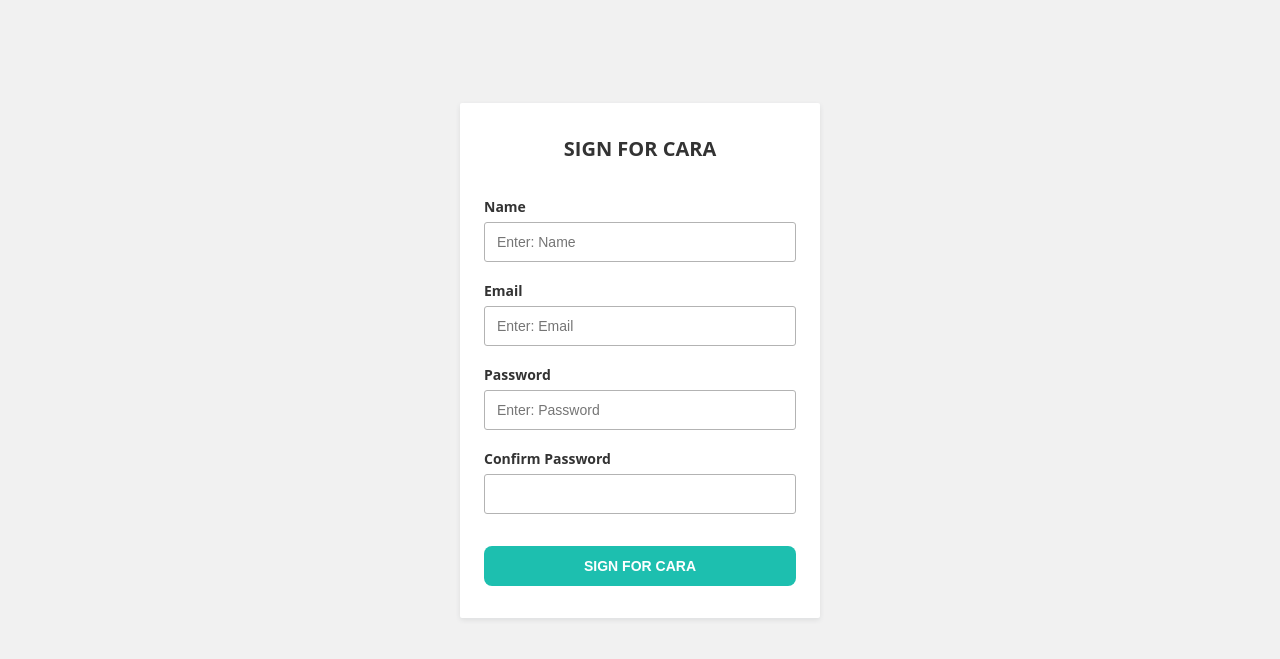
Repository: MinhNhatIT2901/Ecommerce
Page: sigin.html
The author's editor kept a copy of each file at every save. The page is drawn from the files as they stood at one save, then again after the next save.
The browser window is 1280 px wide. The pictures show the whole page.

Above is the page before, as saved 2022-01-10 14:24:01.

After the next save:
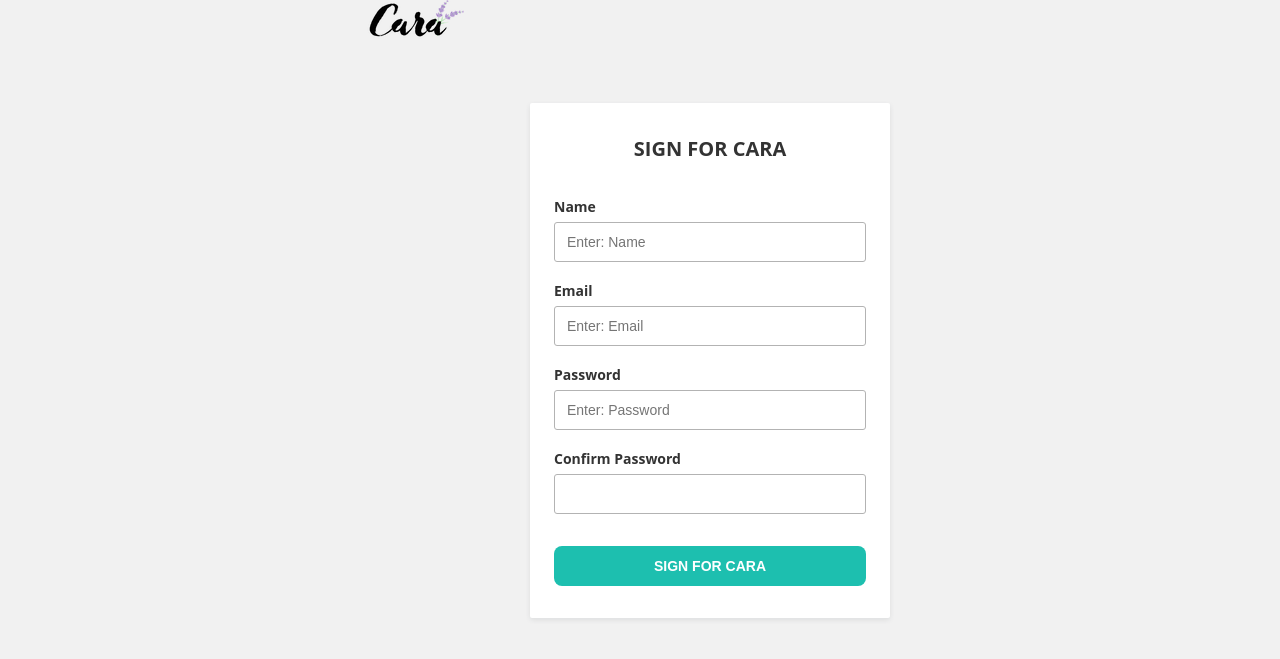
Saved 2 min 10 s later.
--- a/sigin.html
+++ b/sigin.html
@@ -9,6 +9,9 @@
 </head>
 <body>
     <div class="main">
+        <div class="logo-img">
+            <img src="./imgs/img/logo.png" alt="">
+        </div>
         <form action="" method="POST" class="form" id="form-1">
             <h3 class="heading">SIGN FOR CARA</h3>
 
